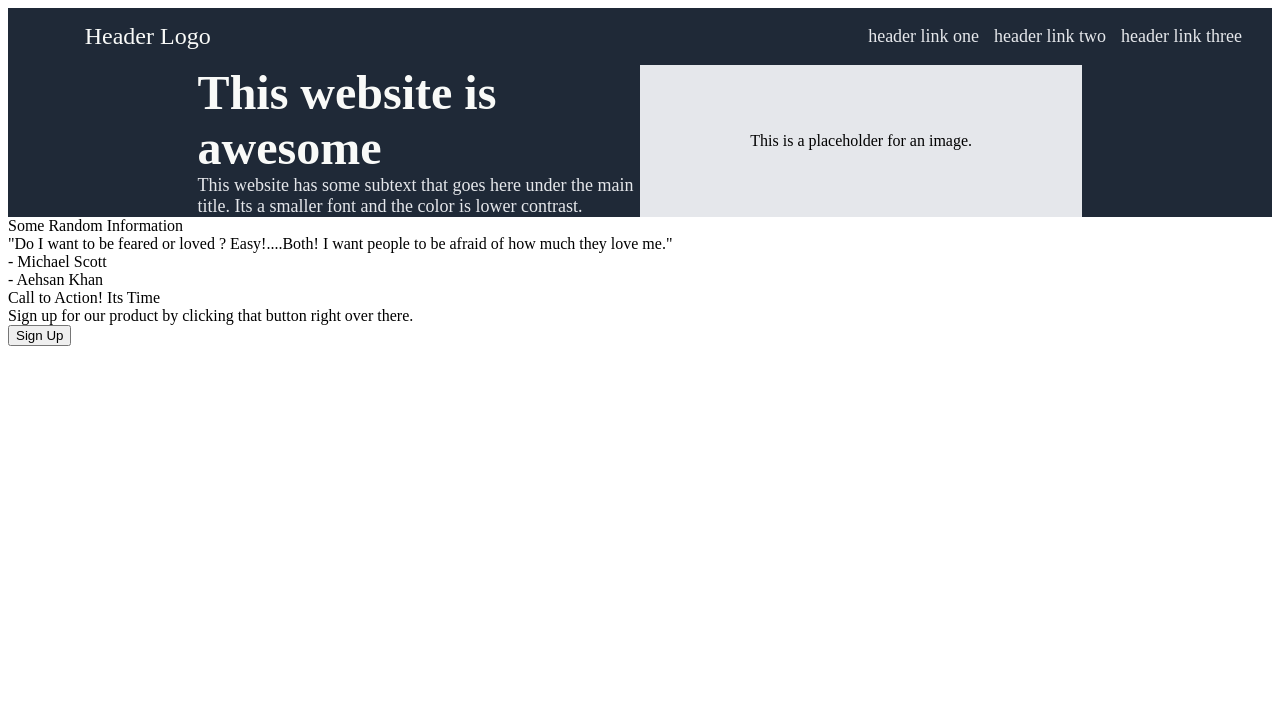
Repository: Aehsan4004/odinlandpage
Page: index.html
These files come from the project's save history. The page is drawn as it stood at one moment and after the next save; the edit follows.
The browser window is 1280 px wide. The pictures show the whole page.

Above is the page before, as saved 2025-02-10 10:13:43.

### index.html
<!DOCTYPE html>
<html lang="en">
<head>
    <meta charset="UTF-8">
    <meta name="viewport" content="width=device-width, initial-scale=1.0">
    <title>Odin Project Landing Page</title>
    <link rel="stylesheet" href="styles.css">
</head>
<body>
    <div class="one">
        <div class="logo">
            Header Logo
        </div>
        <div class="head-links">
            <ul>
                <li>header link one</li>
                <li>header link two</li>
                <li>header link three</li>
            </ul>
        </div>
    </div>

    <div class="two">
        <div class="left-box">
            <div class="title">
                This website is awesome
            </div>

            <div class="content">
                This website has some subtext that goes here under the main title. Its a smaller font and the color is lower contrast.
            </div>

        </div>
        <div class="right-box">
            This is a placeholder for an image.
        </div>

    </div>

    <div class="three">
        <div class="opt-head">
            Some Random Information
        </div>
        <div class="menu-box">
            <div class="box" id="1"></div>
            <div class="box" id="2"></div>
            <div class="box" id="3"></div>
            <div class="box" id="4"></div>
        </div>

    </div>

    <div class="four">
        <div class="quote">
            "Do I want to be feared or loved ?
             Easy!....Both!
             I want people to be afraid of how much they love me."
        </div>
        <div class="quoter"> - Michael Scott</div>
        <div class="requoter"> - Aehsan Khan</div>
    </div>

    <div class="five">
        <div class="foot-box">
            <div class="call2act">
                <div class="main"> Call to Action! Its Time</div>
                <div class="supp">Sign up for our product by clicking that button right over there.</div>
            </div>
            <button class="signup-btn">Sign Up</button>
        </div>

    </div>
</body>
</html>

### styles.css
body {
    display: flex;
    flex-direction: column;
    /* flex: 1 1 100%; */
    /* min-height: 100%; */
    /* align-items: center; */
    justify-content: center;
}

.one {
    display: flex;
    justify-content: space-between;
    align-items: center;
    background-color: #1f2937;
    padding: 15px;
    height: 4%;
}

.logo {
    font-size: 24px;
    color: #f9faf8;
    margin-left: 5%;
}

.head-links {
    color: #e5e7eb;
    font-size: 18px;
    /* margin: 15px; */
    margin-right: 15px;
}

ul {
    list-style: none;  /* Removes bullet points */
    padding: 0;
    margin: 0;
    display: flex;  /* Makes list items appear in a row */
    gap: 15px;  /* Adds spacing between items */
}

.two {
    display: flex;
    background-color: #1f2937;
    justify-content: center;
    /* margin-top: 20px; */
    height: 24%;
}
.left-box {
    display: flex;
    flex-direction: column;
    justify-content: center;
    align-items: flex-start;
    /* flex: 1 1 40%; */
    width: 35%;
    flex-wrap: wrap;
}

.title {
    font-weight: 900;
    color: #f9faf8;
    font-size: 48px;
}

.content {
    font-size: 18px;
    color: #e5e7eb;
}

.right-box {
    display: flex;
    /* flex: 1 1 40%; */
    width: 35%;
    background-color: #e5e7eb;
    flex-wrap: wrap;
    justify-content: center;
    align-items: center;
}

.three {
    height: 24%;
}

.four {
    height: 24%;
}

.five {
    height: 24%;
}

After the next save:
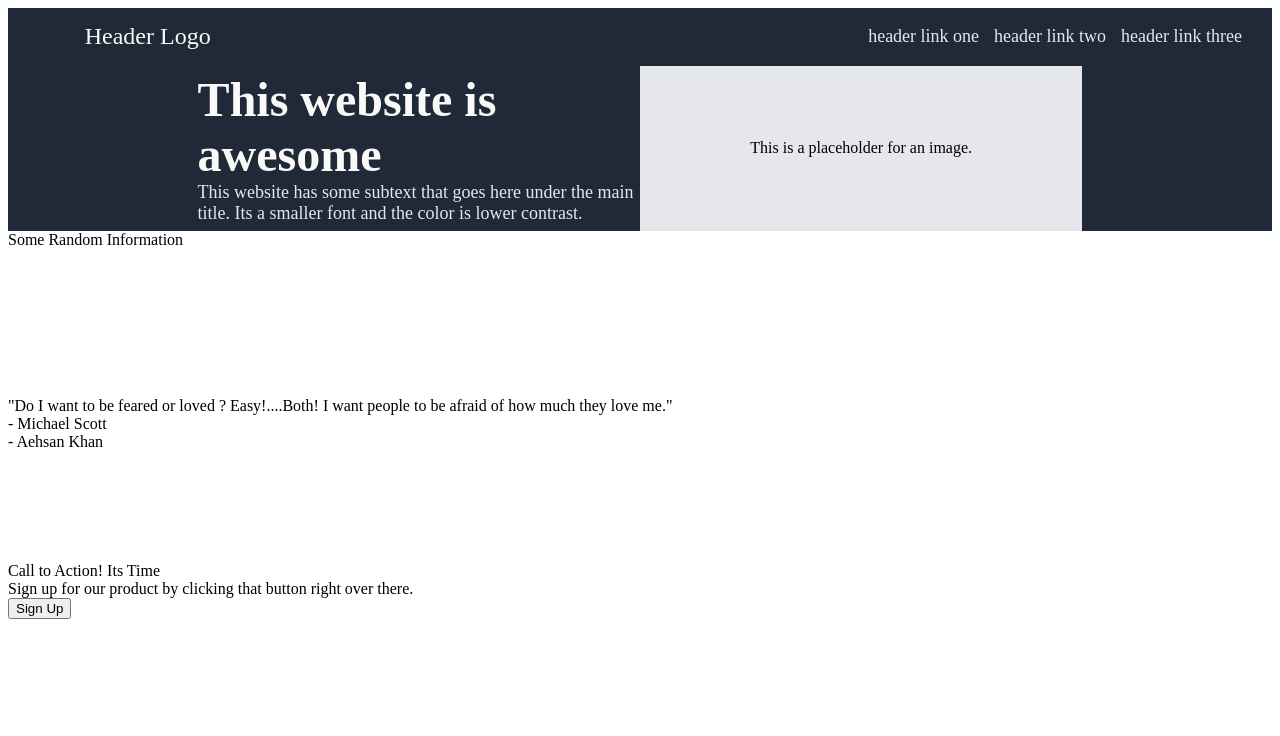
Saved 13 min 49 s later.
--- a/styles.css
+++ b/styles.css
@@ -5,6 +5,7 @@ body {
     /* min-height: 100%; */
     /* align-items: center; */
     justify-content: center;
+    height: 100vh;
 }
 
 .one {
@@ -13,7 +14,7 @@ body {
     align-items: center;
     background-color: #1f2937;
     padding: 15px;
-    height: 4%;
+    height: 4vh;
 }
 
 .logo {
@@ -42,7 +43,7 @@ ul {
     background-color: #1f2937;
     justify-content: center;
     /* margin-top: 20px; */
-    height: 24%;
+    height: 24vh;
 }
 .left-box {
     display: flex;
@@ -76,13 +77,13 @@ ul {
 }
 
 .three {
-    height: 24%;
+    height: 24vh;
 }
 
 .four {
-    height: 24%;
+    height: 24vh;
 }
 
 .five {
-    height: 24%;
+    height: 24vh;
 }
